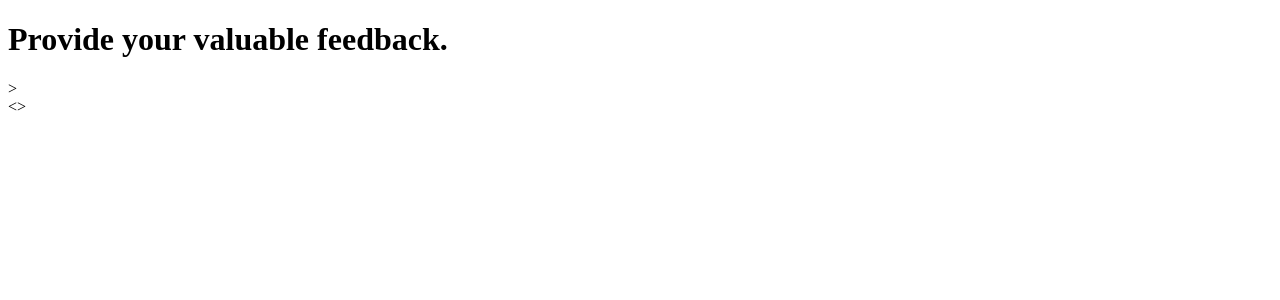
Repository: alph-a07/Java-EE
Page: http://localhost/FeedBackPage/SubmitFeedback.jsp
These files come from the project's save history. The page is drawn as it stood at one moment and after the next save; the edit follows.
The browser window is 1280 px wide. The pictures show the whole page.
The page is served by Tomcat 9. Other server files are loaded and not shown.

Above is the page before, as saved 2023-01-20 11:13:06.

### FeedBackPage/src/main/webapp/SubmitFeedback.jsp
<%@ page language="java" contentType="text/html; charset=ISO-8859-1"
	pageEncoding="ISO-8859-1"%>

<!DOCTYPE html>

<html>

	<head>
	<meta charset="ISO-8859-1">
	<title>Feedback page</title>
	</head>

	<body>
		<h1>Provide your valuable feedback.</h1>>

		<form>
		<>
	</body>
</html>

After the next save:
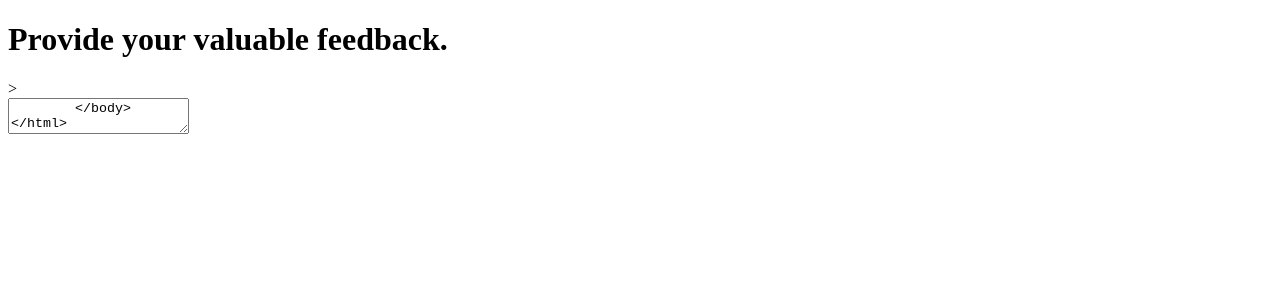
Saved 6 s later.
--- a/FeedBackPage/src/main/webapp/SubmitFeedback.jsp
+++ b/FeedBackPage/src/main/webapp/SubmitFeedback.jsp
@@ -14,6 +14,6 @@
 		<h1>Provide your valuable feedback.</h1>>
 
 		<form>
-		<>
+		<textarea>
 	</body>
 </html>
